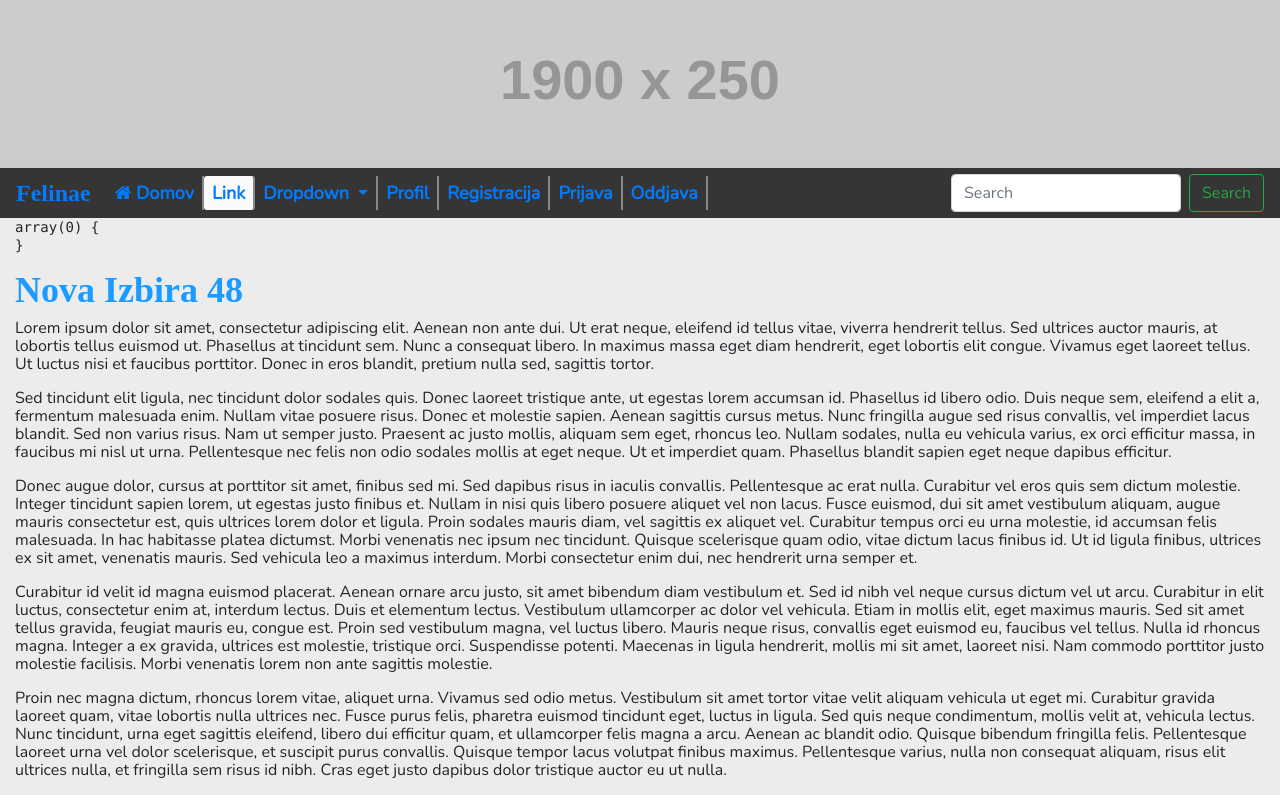
Repository: UrbyK/Felinae
Page: http://localhost/index.php?page=home
These files come from the project's save history. The page is drawn as it stood at one moment and after the next save; the edit follows.
The browser window is 1280 px wide. The pictures show the whole page.
Some web fonts or font styles are not loaded; a fallback is used. The page is run by PHP 8.4 with error messages shown; the project is at /var/www/html/.

Above is the page before, as saved 2020-08-13 15:42:19.

After the next save:
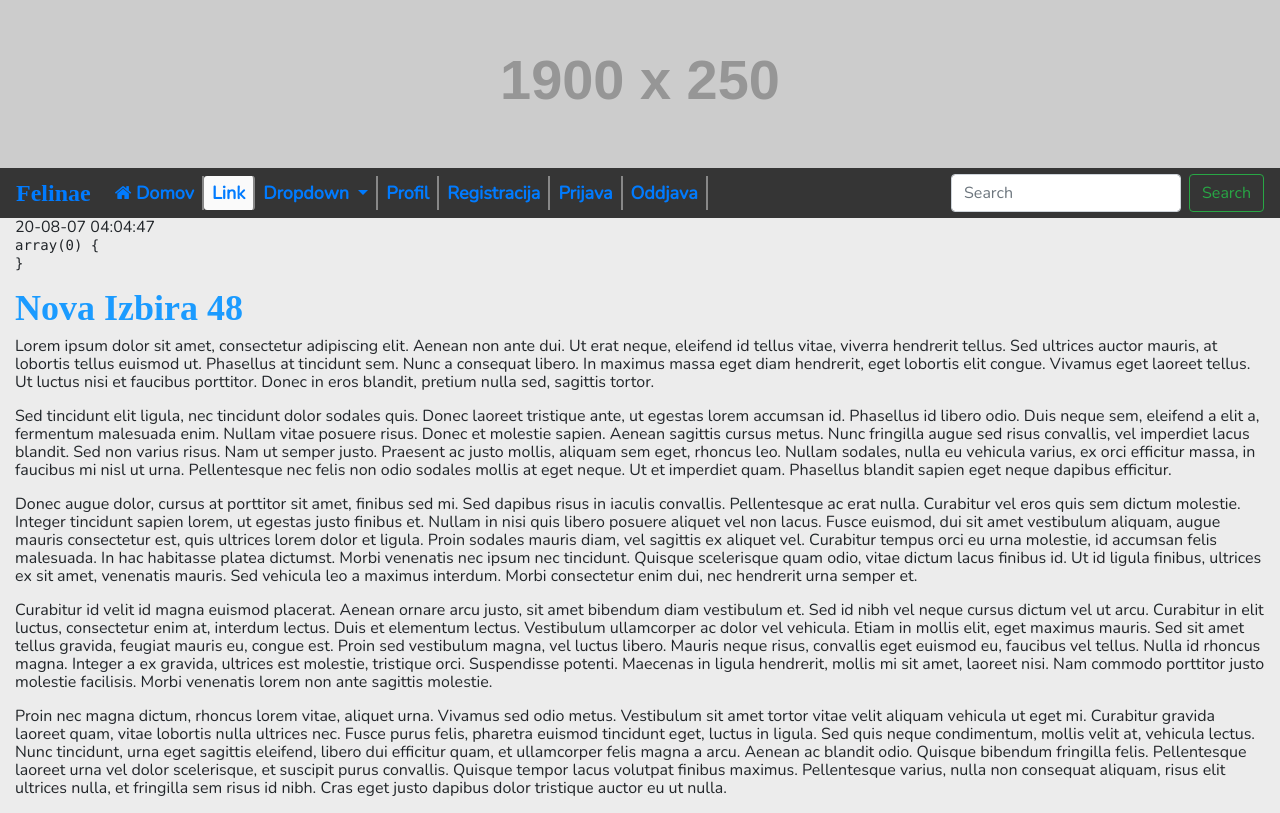
Saved 18 h 9 min later.
--- a/home.php
+++ b/home.php
@@ -1,7 +1,7 @@
 <?=template_header('Home')?>
 
 <?php
-
+ echo date('y-m-d h:i:s', time());
 echo '<pre>';
 var_dump($_SESSION);
 echo '</pre>';
